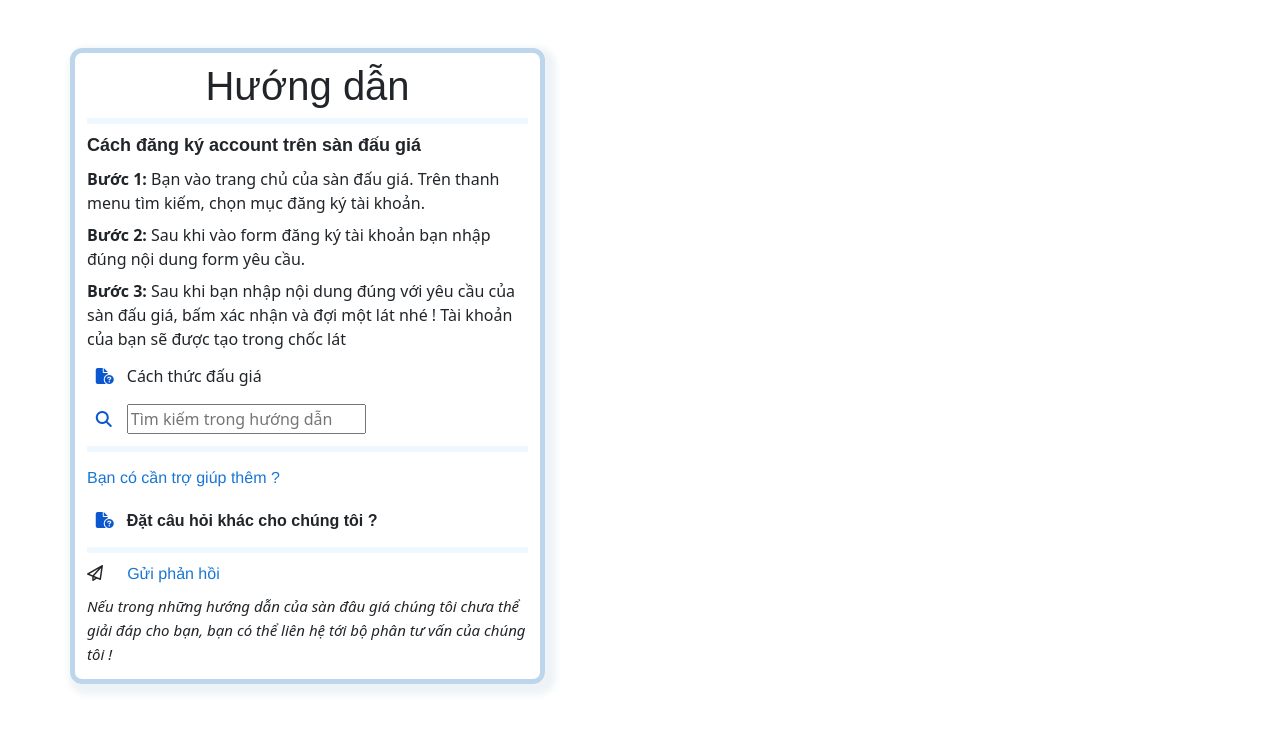
Repository: SonPhamThe/C0622G1-module5
Page: prototype--module6/guides/guide1.html
The author's editor kept a copy of each file at every save. The page is drawn from the files as they stood at one save, then again after the next save.
The browser window is 1280 px wide. The pictures show the whole page.
Some web libraries are served in a nearby version.

Above is the page before, as saved 2022-12-07 15:16:28.

### prototype--module6/guides/guide1.html
<!DOCTYPE html>
<html lang="en">
  <head>
    <meta charset="UTF-8" />
    <meta
      name="viewport"
      content="width=device-width, user-scalable=no, initial-scale=1.0, maximum-scale=1.0, minimum-scale=1.0"
    />
    <meta http-equiv="X-UA-Compatible" content="ie=edge" />
    <title>Trang chủ hướng dẫn</title>
    <link rel="stylesheet" href="guide1.css" />
    <link rel="icon" type="image/x-icon" href="favicon.ico" />

    <link
      rel="stylesheet"
      href="https://cdnjs.cloudflare.com/ajax/libs/font-awesome/6.2.1/css/all.min.css"
    />

    <link
      href="https://cdn.jsdelivr.net/npm/bootstrap@5.1.3/dist/css/bootstrap.min.css"
      rel="stylesheet"
      integrity="sha384-1BmE4kWBq78iYhFldvKuhfTAU6auU8tT94WrHftjDbrCEXSU1oBoqyl2QvZ6jIW3"
      crossorigin="anonymous"
    />
    <script
      src="https://cdn.jsdelivr.net/npm/bootstrap@5.1.3/dist/js/bootstrap.bundle.min.js"
      integrity="sha384-ka7Sk0Gln4gmtz2MlQnikT1wXgYsOg+OMhuP+IlRH9sENBO0LRn5q+8nbTov4+1p"
      crossorigin="anonymous"
    ></script>
    <link
      rel="stylesheet"
      href="https://cdnjs.cloudflare.com/ajax/libs/font-awesome/5.15.4/css/all.min.css"
    />
  </head>
  <body>
    <!--Khi chọn mục hướng dẫn trên navbar sẽ đổ modal xuống. Ở trang chủ hướng dẫn em tính làm gồm những phần:
      Cách đăng ký account,
      Thay đổi hoặc đặt lại mật khẩu của bạn,
      Quản lý mật khẩu, vv....
      Khi click một trong số option sẽ chuyển qua một form chứa nội dung của từng tiêu đề đó
     -->
    <div class="container mb-5 mt-5">
      <div class="row">
        <div class="col-lg-4"></div>
        <div class="col-lg-4"></div>
        <div class="boxed col-lg-5 shadow-md" style="height: 100% !important">
          <form>
            <div class="mt-1 text-center">
              <h1 style="font-family: sans-serif">Hướng dẫn</h1>
            </div>
            <div
              class="mb-2"
              style="height: 6px; background-color: aliceblue; width: 100%"
            ></div>
            <div class="mb-2">
              <label
                ><strong style="font-family: sans-serif; font-size: large"
                  >Cách đăng ký account trên sàn đấu giá</strong
                ></label
              >
            </div>
            <div class="mb-2">
              <span>
                <strong>Bước 1: </strong>
                Bạn vào trang chủ của sàn đấu giá. Trên thanh menu tìm kiếm,
                chọn mục đăng ký tài khoản.
              </span>
            </div>
            <div class="mb-2">
              <span>
                <strong>Bước 2: </strong>
                Sau khi vào form đăng ký tài khoản bạn nhập đúng nội dung form
                yêu cầu.
              </span>
            </div>
            <div class="mb-2">
              <span>
                <strong>Bước 3: </strong>
                Sau khi bạn nhập nội dung đúng với yêu cầu của sàn đấu giá, bấm
                xác nhận và đợi một lát nhé ! Tài khoản của bạn sẽ được tạo
                trong chốc lát
              </span>
            </div>

            <div class="mb-2">
              <i class="fa-solid fa-file-circle-question"></i>
              <label>Cách thức đấu giá</label>
            </div>

            <div class="mb-2">
              <i class="fa-solid fa-magnifying-glass"></i>
              <input
                type="search"
                class="search"
                placeholder="Tìm kiếm trong hướng dẫn"
              />
            </div>
            <div
              class="mb-2"
              style="height: 6px; background-color: aliceblue; width: 100%"
            ></div>

            <div class="mb-2">
              <h6
                class="mt-3 mb-3"
                style="color: #1976d2; font-family: Helvetica"
              >
                Bạn có cần trợ giúp thêm ?
              </h6>
              <div class="mb-2">
                <i class="fa-solid fa-file-circle-question"></i>
                <label style="font-family: sans-serif"
                  ><strong>Đặt câu hỏi khác cho chúng tôi ?</strong></label
                >
              </div>
              <div
                class="mb-2"
                style="height: 6px; background-color: aliceblue; width: 100%"
              ></div>
              <div class="mb-2">
                <i class="fa-regular fa-paper-plane"></i>
                <label
                  style="
                    color: #1976d2;
                    font-family: Helvetica;
                    margin-left: 20px;
                  "
                >
                  Gửi phản hồi
                </label>
              </div>
            </div>
          </form>
          <div class="mb-2">
            <span style="font-size: 15px" class="fst-italic"
              >Nếu trong những hướng dẫn của sàn đâu giá chúng tôi chưa thể giải
              đáp cho bạn, bạn có thể liên hệ tới bộ phân tư vấn của chúng tôi
              !</span
            >
          </div>
        </div>

        <div class="col-lg-3"></div>
      </div>
    </div>
  </body>
  <script src="//ajax.googleapis.com/ajax/libs/jquery/1.9.1/jquery.min.js"></script>
  <script
    src="https://cdn.jsdelivr.net/npm/popper.js@1.12.9/dist/umd/popper.min.js"
    integrity="sha384-ApNbgh9B+Y1QKtv3Rn7W3mgPxhU9K/ScQsAP7hUibX39j7fakFPskvXusvfa0b4Q"
    crossorigin="anonymous"
  ></script>
</html>

### prototype--module6/guides/guide1.css
.boxed {
  width: 400px;
  height: 550px;
}

.boxed {
  border: 5px solid;
  border-image-slice: 1;
  border-color: rgb(189, 214, 236);
  padding: 5px;
  border-radius: 12px;
  background-color: transparent;
  box-shadow: 5px 5px 7px 6px  rgb(238, 243, 247);
}

.fa-solid {
  color: #0b57d0;
  height: 1.125rem;
  margin: 0.55rem;
  visibility: initial;
  width: 1.125rem;
}

After the next save:
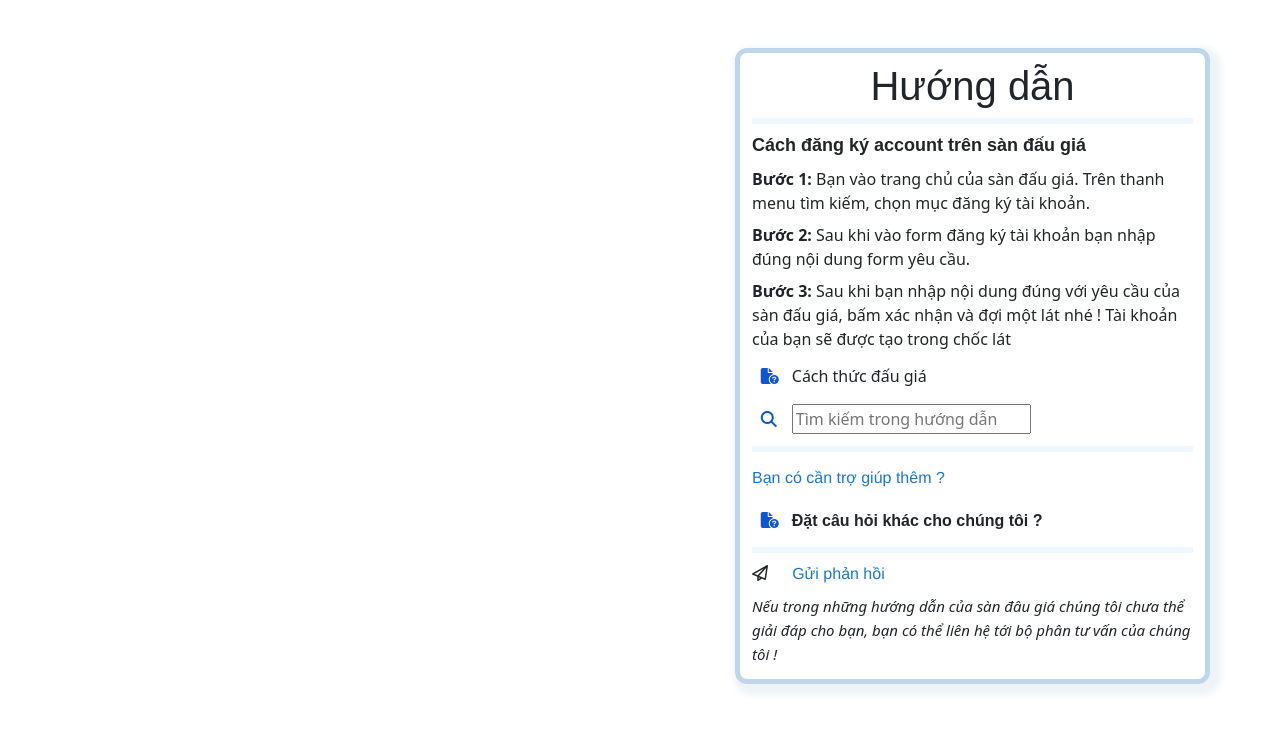
Saved 8 s later.
--- a/prototype--module6/guides/guide1.html
+++ b/prototype--module6/guides/guide1.html
@@ -42,7 +42,7 @@
     <div class="container mb-5 mt-5">
       <div class="row">
         <div class="col-lg-4"></div>
-        <div class="col-lg-4"></div>
+        <div class="col-lg-3"></div>
         <div class="boxed col-lg-5 shadow-md" style="height: 100% !important">
           <form>
             <div class="mt-1 text-center">
